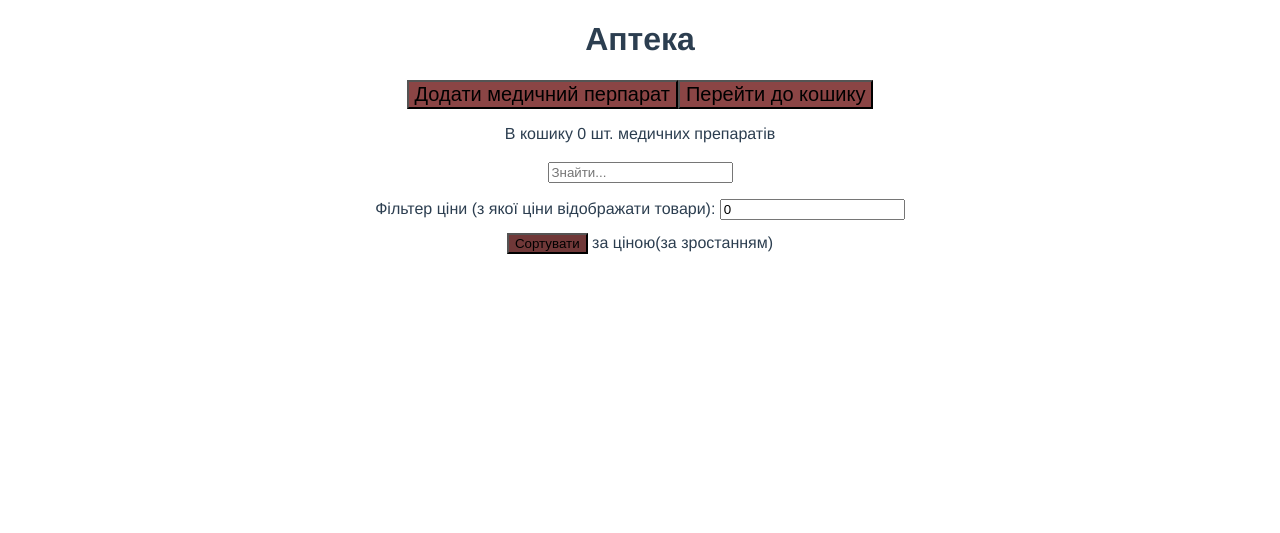
Repository: kristinap8/pharmacy
Page: /
An editor plug-in stored every save of this project. The page is shown before and after the next save, followed by the edit.
The browser window is 1280 px wide. The pictures show the whole page.
The project was rebuilt for these pictures with package versions that can differ from the ones it lists, and the page was loaded fresh each time. Also part of the build but not shown: src/components/AddMedicineForm/index.vue, src/pages/AddMedicine/index.vue, src/components/EditMedicineForm/index.vue, src/pages/EditMedicine/index.vue, src/components/CartForm/index.vue, src/pages/Cart/index.vue.

Above is the page before, as saved 2020-12-10 11:40:43.

After the next save:
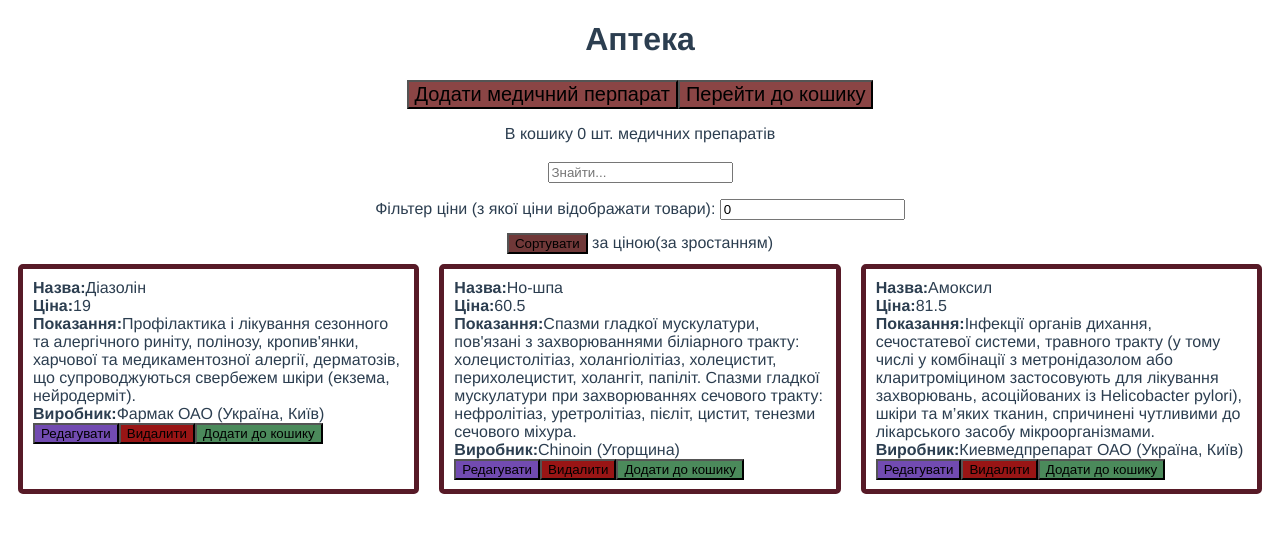
Saved 15 s later.
--- a/src/components/MedicinesList/index.vue
+++ b/src/components/MedicinesList/index.vue
@@ -66,6 +66,7 @@ import MedicineCard from "./MedicineCard"
             else{
                 sorted=sorted.reverse()
             }
+            return sorted
            }
            },
             methods: {
